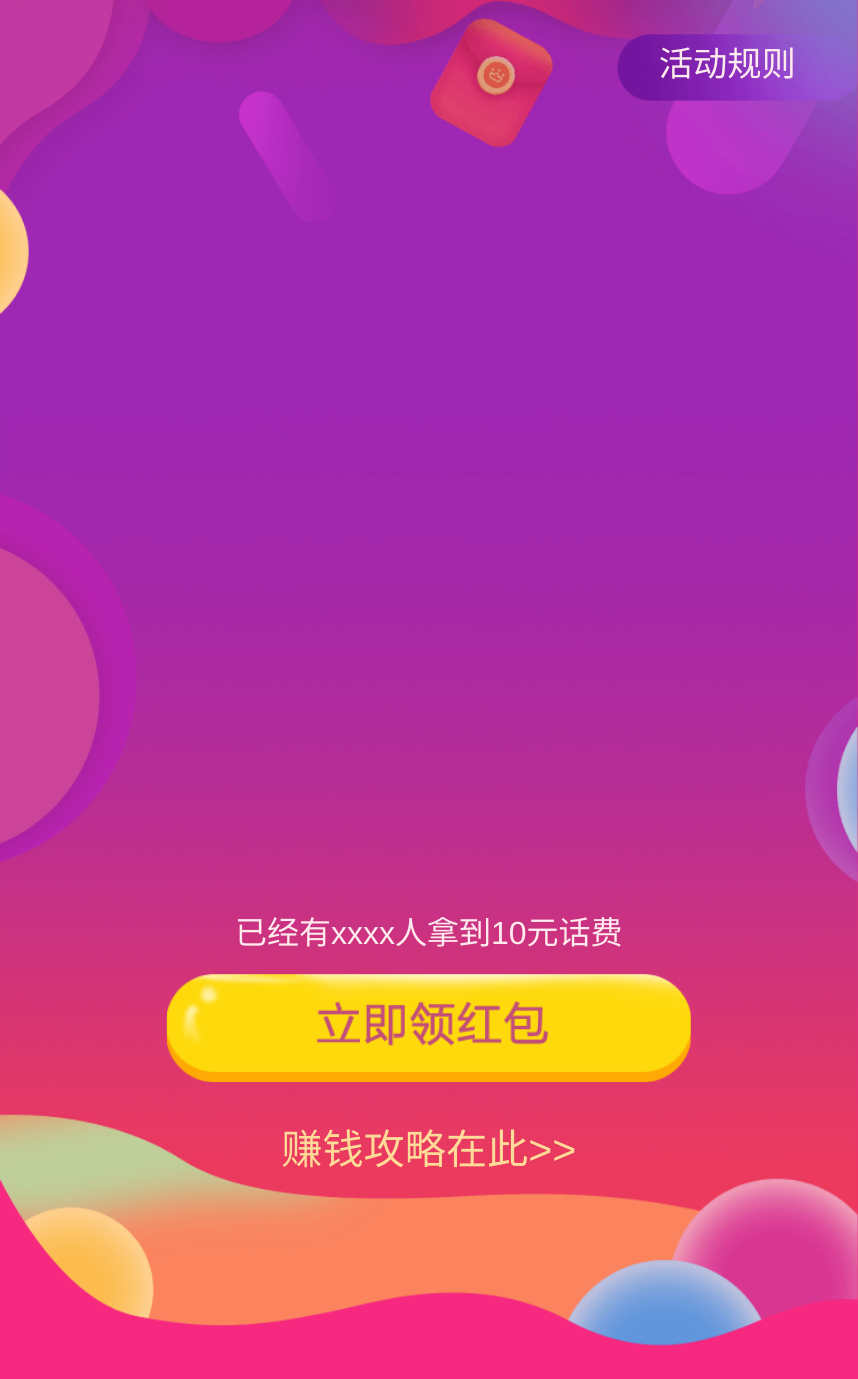
Repository: wangbiaozy/hb
Page: index.html
The author's editor kept a copy of each file at every save. The page is drawn from the files as they stood at one save, then again after the next save.
The browser window is 1280 px wide. The pictures show the whole page, at 67% of full size.

Above is the page before, as saved 2018-08-14 10:26:46.

After the next save:
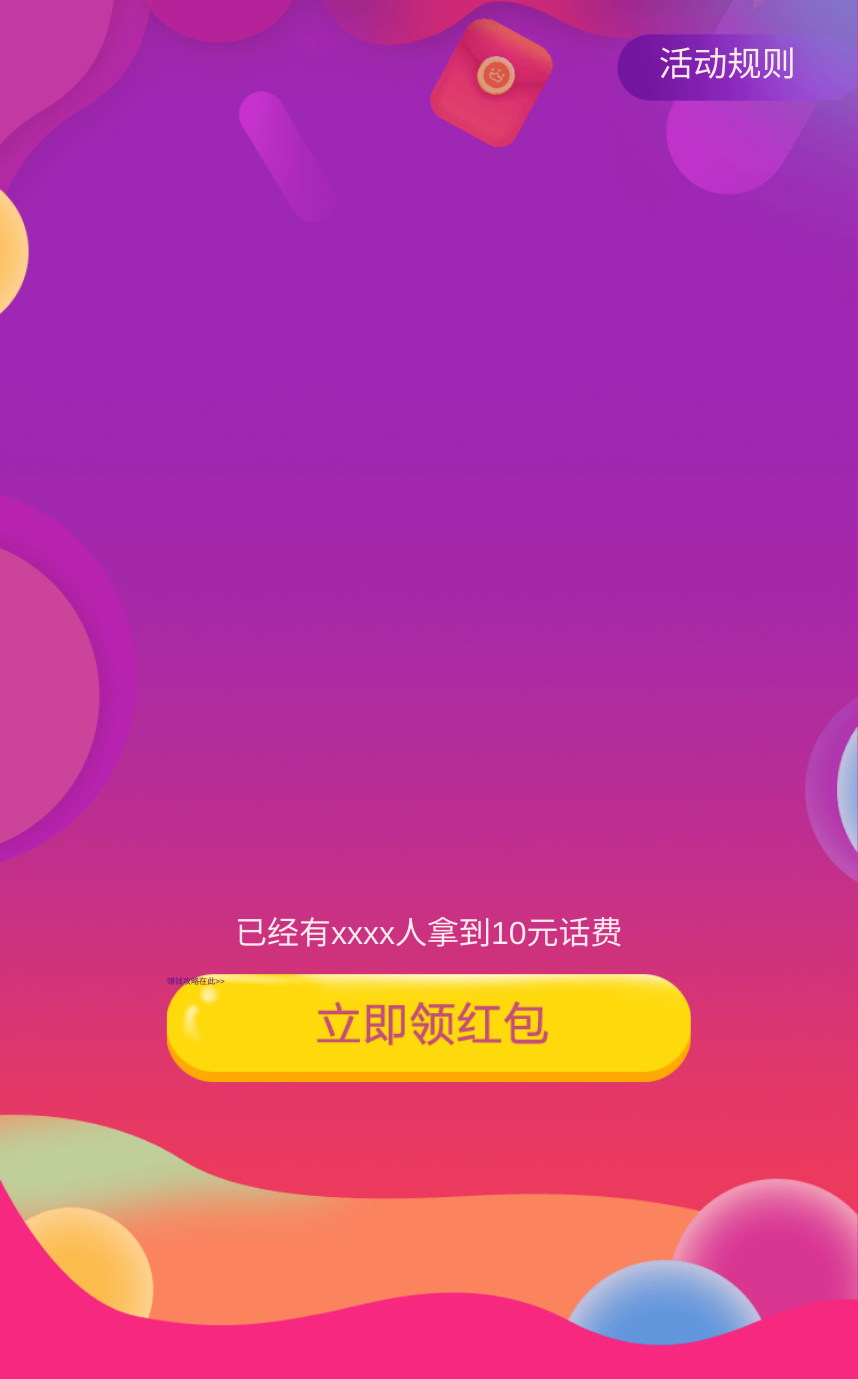
Saved 6 h 47 min later.
--- a/index.html
+++ b/index.html
@@ -12,9 +12,12 @@
 <body>
     <section>
         <a href="">活动规则</a>
-        <p>已经有<span>xxxx</span>人拿到10元话费</p>
-        <a href=""></a>
-        <a href="">赚钱攻略在此>></a>
+        <!-- 首页 -->
+        <div class="f_page">
+                <p>已经有<span>xxxx</span>人拿到10元话费</p>
+                <a href=""></a>
+                <a href="">赚钱攻略在此>></a>
+        </div>
     </section>
 </body>
 </html>
